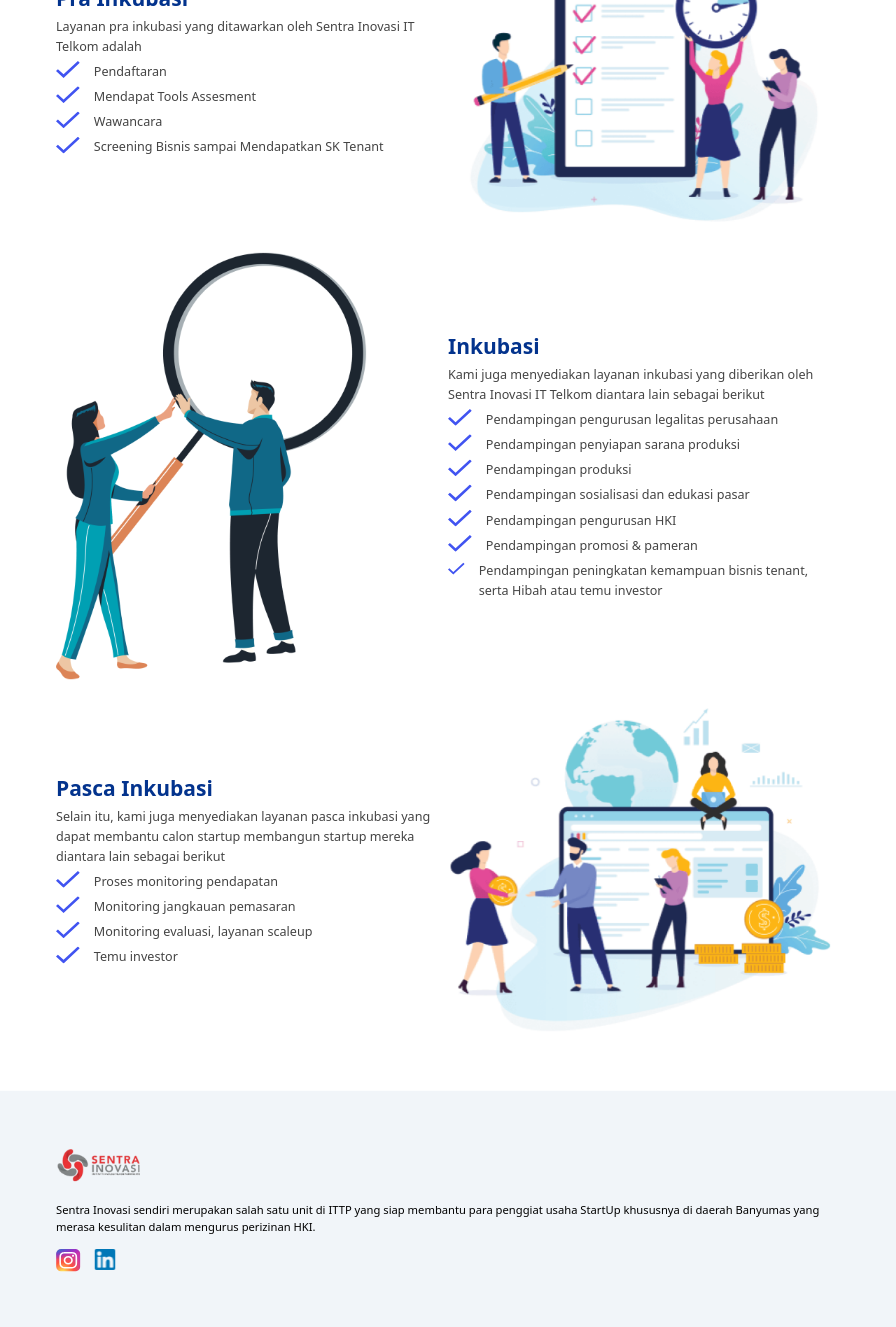
Repository: whytrno/sinovi-products
Page: /
The author's editor kept a copy of each file at every save. The page is drawn from the files as they stood at one save, then again after the next save.
The browser window is 1280 px wide. The pictures show the part of the page from y = 1846 to 3766 px (the page is 3742 px tall before and 3766 px after), at 70% of full size.
The project was rebuilt for these pictures with package versions that can differ from the ones it lists, and the page was loaded fresh each time. The framework's server and built-in components were replaced by stand-ins that run in the browser. Also part of the build but not shown: next.config.js, components/Produk.js.

Above is the page before, as saved 2023-02-24 12:17:31.

### pages/index.js
import Footer from "@/components/Footer";
import Hero from "@/components/Hero";
import Layanan from "@/components/Layanan";
import Navbar from "@/components/Navbar";
import Produk from "@/components/Produk";
import VisiMisi from "@/components/VisiMisi";

export default function Home() {
  return (
    <div>
      <Navbar />
      <Hero />
      <VisiMisi />
      <Layanan />
      {/* <Produk /> */}
      <Footer />
    </div>
  )
}

### components/Footer.js
import InstagramIcon from "./Icon/InstagramIcon";
import LinkedinIcon from "./Icon/LinkedinIcon";

export default function Footer() {
    return (
        <>
            <div className="px-20 2xl:px-60 py-20 w-full bg-slate-100 space-y-5">
                <img src="./logo/sinovi.png" />
                <p>Sentra Inovasi sendiri merupakan salah satu unit di ITTP yang siap membantu para penggiat usaha StartUp khususnya di daerah Banyumas yang merasa kesulitan dalam mengurus perizinan HKI.</p>

                <div className="flex gap-5">
                    <InstagramIcon />
                    <LinkedinIcon />
                </div>
            </div>
        </>
    )
}

### components/Hero.js
import Link from "next/link";

export default function Hero() {
    return (
        <div className="relative w-full h-screen flex items-center justify-between px-20 2xl:px-60">
            <img src="/images/hero-bg.jpg" alt="hero" className="w-full h-full object-cover absolute top-0 left-0 -z-10" />
            <div className="space-y-10">
                <h1 className="font-semibold text-5xl 2xl:text-6xl text-primary">Mulai bisnis bersama <br></br> Sentra Inovasi</h1>
                <Link href="/" className="font-semibold text-xl w-min whitespace-nowrap py-3 px-20 bg-secondary rounded-lg text-white block">Tentang Kami</Link>
            </div>
            <div>
                <img src="/images/hero.png" alt="hero" />
            </div>
        </div>
    )
}

### components/Layanan.js
import Child from "./Layanan/Child";
import List from "./Layanan/List";

export default function Layanan() {
    return (
        <div className="py-20 px-20 2xl:px-60 space-y-10">
            <div className="text-center space-y-3">
                <h1 className="text-4xl text-title font-semibold">LAYANAN</h1>
                <div className="flex justify-center">
                    <p className="text-paragraph w-1/2 text-center text-lg">Hal yang paling utama yang harus diketahui, bahwa tujuan Sentra Inovasi adalah untuk meningkatkan produk inovasi yang memberi manfaat bagi masyarakat dan memiliki nilai bisnis.</p>
                </div>
            </div>

            <Child dirrection="left" title="Pra Inkubasi" desc="Layanan pra inkubasi yang ditawarkan oleh Sentra Inovasi IT Telkom adalah" img="./images/layanan1.png" lists={["Pendaftaran", "Mendapat Tools Assesment", "Wawancara", "Screening Bisnis sampai Mendapatkan SK Tenant"]} />

            <Child dirrection="right" title="Inkubasi" desc="Kami juga menyediakan layanan inkubasi yang diberikan oleh Sentra Inovasi IT Telkom diantara lain sebagai berikut" img="./images/layanan2.png" lists={["Pendampingan pengurusan legalitas perusahaan", "Pendampingan penyiapan sarana produksi", "Pendampingan produksi", "Pendampingan sosialisasi dan edukasi pasar", "Pendampingan pengurusan HKI", "Pendampingan promosi & pameran", "Pendampingan peningkatan kemampuan bisnis tenant, serta Hibah atau temu investor"]} />

            <Child dirrection="left" title="Pasca Inkubasi" desc="Selain itu, kami juga menyediakan layanan pasca inkubasi yang dapat membantu calon startup membangun startup mereka diantara lain sebagai berikut" img="./images/layanan3.png" lists={["Proses monitoring pendapatan", "Monitoring jangkauan pemasaran", "Monitoring evaluasi, layanan scaleup", "Temu investor"]} />
        </div>
    )
}

### components/Navbar.js
import Link from "next/link";

export default function Navbar() {
    return (
        <div className="flex items-center justify-between p-5 2xl:px-60 shadow-xl">
            <div className="flex items-center gap-5">
                <img src="logo/ittp.png" alt="Ittp Logo" />
                <img src="logo/bdv.png" alt="BDV Logo" />
                <img src="logo/sinovi.png" alt="Sinovi Logo" />
            </div>
            <div className="font-semibold text-primary gap-4 2xl:gap-8 flex items-center">
                <Link href="/" className="text-secondary">Beranda</Link>
                <Link href="/">Ternaku</Link>
                <Link href="/">Calaun</Link>
                <Link href="/">Sisterponik</Link>
                <Link href="/">Sobat Warung</Link>
                <Link href="/">Pak Budi</Link>
                <Link href="/">Viregra</Link>
            </div>
        </div>
    )
}

### components/VisiMisi.js
import Card from "./VisiMisi/Card";

export default function VisiMisi() {
    return (
        <div className="py-20 px-20 2xl:px-60 space-y-10">
            <div className="text-center space-y-3">
                <h1 className="text-4xl text-title font-semibold">VISI MISI SENTRA INOVASI</h1>
                <div className="flex justify-center">
                    <p className="text-paragraph w-1/2 text-center text-lg">Untuk menjadi penggerak hilirisasi produk inovasi dalam menumbuhkan inovasi berbasis teknologi digital di Indonesia</p>
                </div>
            </div>
            <div className="grid grid-cols-2 gap-10">
                <Card logo="logo/visi1.png" desc="Menyelenggarakan pendampingan bagi masyarakat dalam memanfaatkan teknologi digital untuk pengembangan bisnis." />
                <Card logo="logo/visi2.png" desc="Menumbuhkembangkan masyarakat yang mampu memanfaatkan teknologi digital dalam peningkatan kesejahteraan." />
                <Card logo="logo/visi3.png" desc="Meningkatkan kerjasama lokal, nasional, maupun internasional dalam pengembangan bisnis berbasis teknologi digital. " />
                <Card logo="logo/visi4.png" desc="Serta Menciptakan bisnis berbasis teknologi digital yang mandiri dan berdaya saing tinggi." />
            </div>
        </div>
    )
}

### components/Icon/InstagramIcon.js
export default function InstagramIcon() {
    return (
        <svg
            xmlns="http://www.w3.org/2000/svg"
            width="35"
            height="32"
            fill="none"
            viewBox="0 0 42 39"
        >
            <path
                fill="url(#paint0_radial_25_124)"
                d="M21.007 0C12.239 0 9.675.008 9.177.047c-1.8.139-2.919.402-4.138.966a8.381 8.381 0 00-2.413 1.64C1.293 3.938.486 5.52.193 7.397.051 8.31.01 8.496.001 13.154c-.003 1.553 0 3.597 0 6.338 0 8.137.01 10.516.052 10.978.145 1.626.42 2.65 1.001 3.769 1.112 2.142 3.234 3.75 5.734 4.35.866.207 1.822.321 3.05.375.52.021 5.82.036 11.124.036s10.608-.006 11.115-.03c1.421-.062 2.247-.165 3.159-.384a9.063 9.063 0 003.385-1.591 8.292 8.292 0 002.349-2.768c.57-1.092.859-2.155.99-3.696.028-.336.04-5.693.04-11.044 0-5.351-.013-10.699-.041-11.035-.133-1.566-.422-2.619-1.01-3.732a7.786 7.786 0 00-1.798-2.287C37.762 1.2 36.063.45 34.038.179 33.057.047 32.862.009 27.842 0h-6.835z"
            ></path>
            <path
                fill="url(#paint1_radial_25_124)"
                d="M21.007 0C12.239 0 9.675.008 9.177.047c-1.8.139-2.919.402-4.138.966a8.381 8.381 0 00-2.413 1.64C1.293 3.938.486 5.52.193 7.397.051 8.31.01 8.496.001 13.154c-.003 1.553 0 3.597 0 6.338 0 8.137.01 10.516.052 10.978.145 1.626.42 2.65 1.001 3.769 1.112 2.142 3.234 3.75 5.734 4.35.866.207 1.822.321 3.05.375.52.021 5.82.036 11.124.036s10.608-.006 11.115-.03c1.421-.062 2.247-.165 3.159-.384a9.063 9.063 0 003.385-1.591 8.292 8.292 0 002.349-2.768c.57-1.092.859-2.155.99-3.696.028-.336.04-5.693.04-11.044 0-5.351-.013-10.699-.041-11.035-.133-1.566-.422-2.619-1.01-3.732a7.786 7.786 0 00-1.798-2.287C37.762 1.2 36.063.45 34.038.179 33.057.047 32.862.009 27.842 0h-6.835z"
            ></path>
            <path
                fill="#fff"
                d="M20.997 5.1c-4.21 0-4.74.017-6.393.087-1.65.07-2.777.313-3.763.67-1.02.367-1.885.86-2.747 1.66a7.04 7.04 0 00-1.79 2.55c-.384.917-.645 1.964-.72 3.496-.073 1.536-.093 2.027-.093 5.939 0 3.91.019 4.4.094 5.936.076 1.533.337 2.58.72 3.495.397.948.926 1.751 1.788 2.552a7.674 7.674 0 002.746 1.662c.987.356 2.114.599 3.764.669 1.654.07 2.182.087 6.392.087 4.211 0 4.738-.017 6.392-.087 1.65-.07 2.779-.313 3.765-.67a7.668 7.668 0 002.745-1.661 7.04 7.04 0 001.79-2.551c.38-.916.642-1.963.72-3.495.074-1.537.093-2.026.093-5.937 0-3.912-.019-4.402-.093-5.938-.078-1.534-.34-2.58-.72-3.496a7.038 7.038 0 00-1.79-2.55 7.66 7.66 0 00-2.746-1.662c-.988-.356-2.116-.598-3.766-.669-1.654-.07-2.18-.087-6.393-.087h.005zm-1.391 2.596h1.391c4.14 0 4.63.013 6.265.082 1.512.065 2.332.3 2.879.496.724.261 1.24.573 1.782 1.077s.878.984 1.16 1.656c.212.508.465 1.27.534 2.674.074 1.518.09 1.974.09 5.817 0 3.844-.016 4.3-.09 5.818-.07 1.404-.322 2.166-.534 2.673a4.437 4.437 0 01-1.16 1.654 4.844 4.844 0 01-1.782 1.077c-.546.198-1.367.432-2.879.497-1.634.069-2.125.084-6.265.084s-4.63-.015-6.265-.084c-1.512-.065-2.332-.3-2.88-.497a4.852 4.852 0 01-1.782-1.077 4.447 4.447 0 01-1.16-1.655c-.213-.507-.466-1.27-.535-2.673-.074-1.519-.089-1.975-.089-5.82 0-3.846.015-4.3.09-5.818.069-1.404.321-2.166.533-2.674a4.446 4.446 0 011.16-1.656c.543-.504 1.06-.816 1.784-1.077.546-.199 1.367-.433 2.879-.497 1.43-.06 1.984-.078 4.874-.081v.004zm9.667 2.39c-.368 0-.727.102-1.034.292-.306.19-.544.46-.685.776-.14.316-.177.663-.105.998.071.336.249.643.509.885s.592.406.953.473c.36.066.735.032 1.075-.099.34-.13.63-.352.835-.636.204-.285.313-.619.313-.96 0-.955-.834-1.729-1.86-1.729zm-8.276 2.02c-4.397 0-7.962 3.311-7.962 7.396 0 4.084 3.565 7.394 7.962 7.394s7.961-3.31 7.961-7.394c0-4.085-3.564-7.396-7.961-7.396zm0 2.595c2.854 0 5.168 2.15 5.168 4.8 0 2.652-2.314 4.801-5.168 4.801-2.855 0-5.168-2.15-5.168-4.8 0-2.652 2.313-4.8 5.168-4.8z"
            ></path>
            <defs>
                <radialGradient
                    id="paint0_radial_25_124"
                    cx="0"
                    cy="0"
                    r="1"
                    gradientTransform="matrix(0 -38.6519 38.7146 0 11.156 42.004)"
                    gradientUnits="userSpaceOnUse"
                >
                    <stop stopColor="#FD5"></stop>
                    <stop offset="0.1" stopColor="#FD5"></stop>
                    <stop offset="0.5" stopColor="#FF543E"></stop>
                    <stop offset="1" stopColor="#C837AB"></stop>
                </radialGradient>
                <radialGradient
                    id="paint1_radial_25_124"
                    cx="0"
                    cy="0"
                    r="1"
                    gradientTransform="matrix(3.65204 16.94144 -74.74523 16.1127 -7.035 2.81)"
                    gradientUnits="userSpaceOnUse"
                >
                    <stop stopColor="#3771C8"></stop>
                    <stop offset="0.128" stopColor="#3771C8"></stop>
                    <stop offset="1" stopColor="#60F" stopOpacity="0"></stop>
                </radialGradient>
            </defs>
        </svg>
    );
}

### components/Layanan/Child.js
import List from "./List";

function content(title, desc, lists) {
    return (
        <div className="space-y-2 w-1/2">
            <h1 className="text-3xl text-primary font-semibold">{title}</h1>
            <p>{desc}</p>
            {lists.map(list => (
                <List title={list} />
            ))}
        </div>
    )
}
function image(img) {
    return (
        <div>
            <img src={img} />
        </div>
    )
}

export default function Child({ dirrection, title, desc, img, lists }) {
    return (
        <div className="flex justify-between text-lg text-paragraph items-center">
            {dirrection == 'right' ? (
                <>
                    {image(img)}
                    {content(title, desc, lists)}
                </>
            ) : (
                <>
                    {content(title, desc, lists)}
                    {image(img)}
                </>
            )}
        </div>
    )
}

### components/Layanan/List.js
import CheckIcon from "../Icon/CheckIcon";

export default function List({ title }) {
    return (
        <div className="flex gap-5">
            <CheckIcon />
            <p>{title}</p>
        </div>
    )
}

### components/VisiMisi/Card.js
export default function Card({ logo, desc }) {
    return (
        <div>
            <div className="flex items-center shadow-lg p-7 gap-5 text-paragraph rounded-md">
                <img src={logo} className="h-24 w-24" />
                <p>{desc}</p>
            </div>
        </div>
    )
}

### components/Icon/CheckIcon.js
export default function CheckIcon() {
    return (
        <svg
            xmlns="http://www.w3.org/2000/svg"
            width="34"
            height="24"
            fill="none"
            viewBox="0 0 34 24"
        >
            <path
                fill="#4154F1"
                d="M10.805 18.935l-8.06-7.463L0 13.996 10.805 24 34 2.523 31.275 0l-20.47 18.935z"
            ></path>
        </svg>
    );
}

### tailwind.config.js
/** @type {import('tailwindcss').Config} */
module.exports = {
  content: [
    "./app/**/*.{js,ts,jsx,tsx}",
    "./pages/**/*.{js,ts,jsx,tsx}",
    "./components/**/*.{js,ts,jsx,tsx}"
  ],
  theme: {
    extend: {
      colors: {
        primary: "#03338D",
        secondary: "#4154F1",
        title: "#192A48",
        paragraph: "#444444"
      },
    },
    plugins: [],
  }
}

Loaded but not shown: pages/_app.js (common file); pages/_document.js (common file); styles/globals.css (common file); components/Icon/LinkedinIcon.js (library)

After the next save:
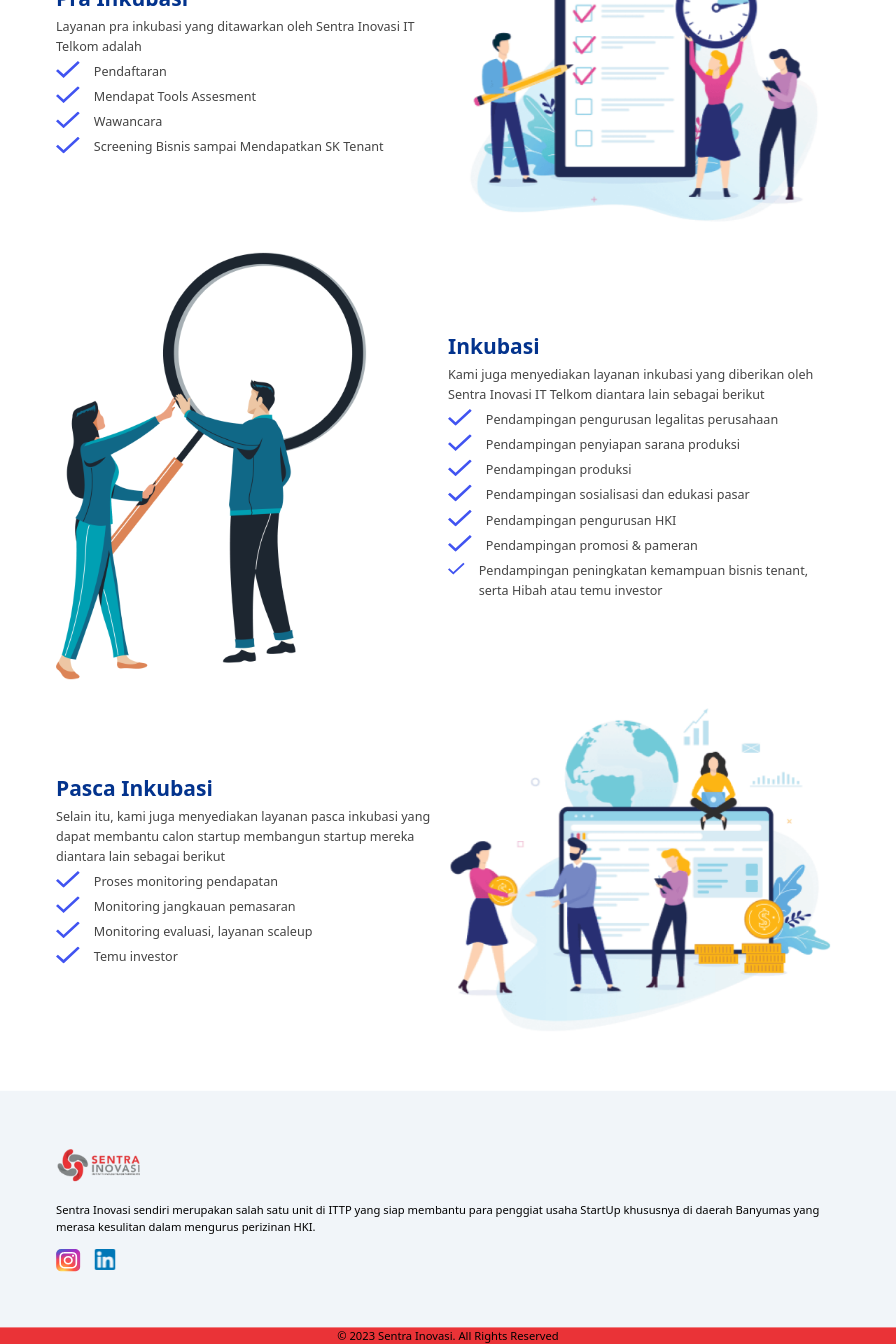
Saved 25 s later.
--- a/components/Footer.js
+++ b/components/Footer.js
@@ -13,6 +13,9 @@
                     <LinkedinIcon />
                 </div>
             </div>
+            <div className="bg-[#EA3337] w-full">
+                <p className="text-center">© 2023 Sentra Inovasi. All Rights Reserved</p>
+            </div>
         </>
     )
 }
